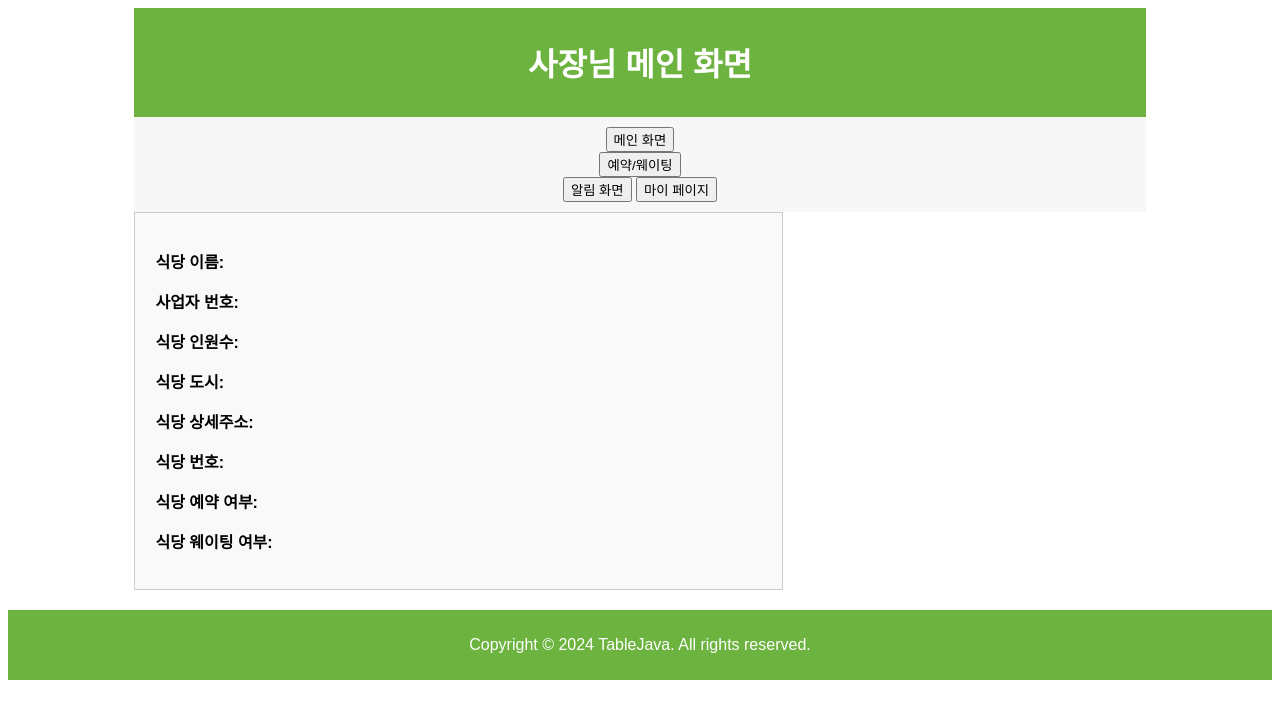
Repository: MeGuuuun/-_TableJava
Page: http://localhost/kimbanbagi/ownerMain.jsp
An editor plug-in stored every save of this project. The page is shown before and after the next save, followed by the edit.
The browser window is 1280 px wide. The pictures show the whole page.
The page is served by Tomcat 10. Other server files are loaded and not shown. The template is opened directly, without the code that normally fills it, so the values that code supplies are empty.

Above is the page before, as saved 2024-06-07 01:43:21.

### tableJava/kimbanbagi/WebContent/ownerMain.jsp
<%@ page contentType="text/html; charset=UTF-8" pageEncoding="utf-8" language="java" %>
<%@ page import="dc.human.kimbanbagi.tableJava.dto.RestaurantDTO" %>
<%@ taglib prefix="c" uri="http://java.sun.com/jsp/jstl/core" %>
<!DOCTYPE html>
<html>
<head>
    <meta charset="UTF-8">
    <title>Restaurant Information</title>
    <style>
        body {
            font-family: Arial, sans-serif;
        }
        .container {
            width: 80%;
            margin: auto;
        }
        .header, .nav, .main, .footer {
            padding: 10px;
        }
        .header {
            background: #6DB33F;
            color: white;
            text-align: center;
        }
        .nav {
            background: #F7F7F7;
            text-align: center;
        }
        .nav a {
            margin: 0 15px;
            text-decoration: none;
            color: #333;
        }
        .main {
            display: flex;
            justify-content: space-around;
            margin-top: 20px;
        }
        .main img {
            max-width: 300px;
        }
        .info {
            border: 1px solid #ccc;
            padding: 20px;
            background: #F9F9F9;
            width: 60%;
        }
        .footer {
            background: #6DB33F;
            color: white;
            text-align: center;
            margin-top: 20px;
        }
        .edit-btn {
            display: inline-block;
            padding: 10px 20px;
            background: #6DB33F;
            color: white;
            text-decoration: none;
            border-radius: 5px;
        }
    </style>
</head>
<body>

    <div class="container">
        <div class="header">
            <h1>사장님 메인 화면</h1>

        </div>
        <div class="nav">
            <button onclick="location.reload()">메인 화면</button>
            <form method="POST" action="OwnerBookList">
            	<input type="hidden" name="userId" value="${requestScope.userId }">
            	<input type="hidden" name="restaurantId" value="${requestScope.restaurantId }">
            	<button type="submit" onclick="location.href='ownerBookList.jsp'">예약/웨이팅</button>
            </form>
            <button onclick="location.href='notification.jsp'">알림 화면</button>
            <button onclick="location.href='myPage.jsp'">마이 페이지</button>
        </div>
            <div class="info">
                <p><strong>식당 이름:</strong> ${restaurant.r_name}</p>
                <p><strong>사업자 번호:</strong> ${requestScope.restaurantId}</p>
                <p><strong>식당 인원수:</strong> ${restaurant.r_head}</p>
                <p><strong>식당 도시:</strong> ${restaurant.r_city}</p>
                <p><strong>식당 상세주소:</strong> ${restaurant.r_address}</p>
                <p><strong>식당 번호:</strong> ${restaurant.r_number}</p>
                <p><strong>식당 예약 여부:</strong> ${restaurant.r_status}</p>
                <p><strong>식당 웨이팅 여부:</strong> ${restaurant.w_status}</p>
            </div>
        </div>
        <div class="footer">
            <p>Copyright © 2024 TableJava. All rights reserved.</p>
        </div>
    </div>
</body>
</html>

After the next save:
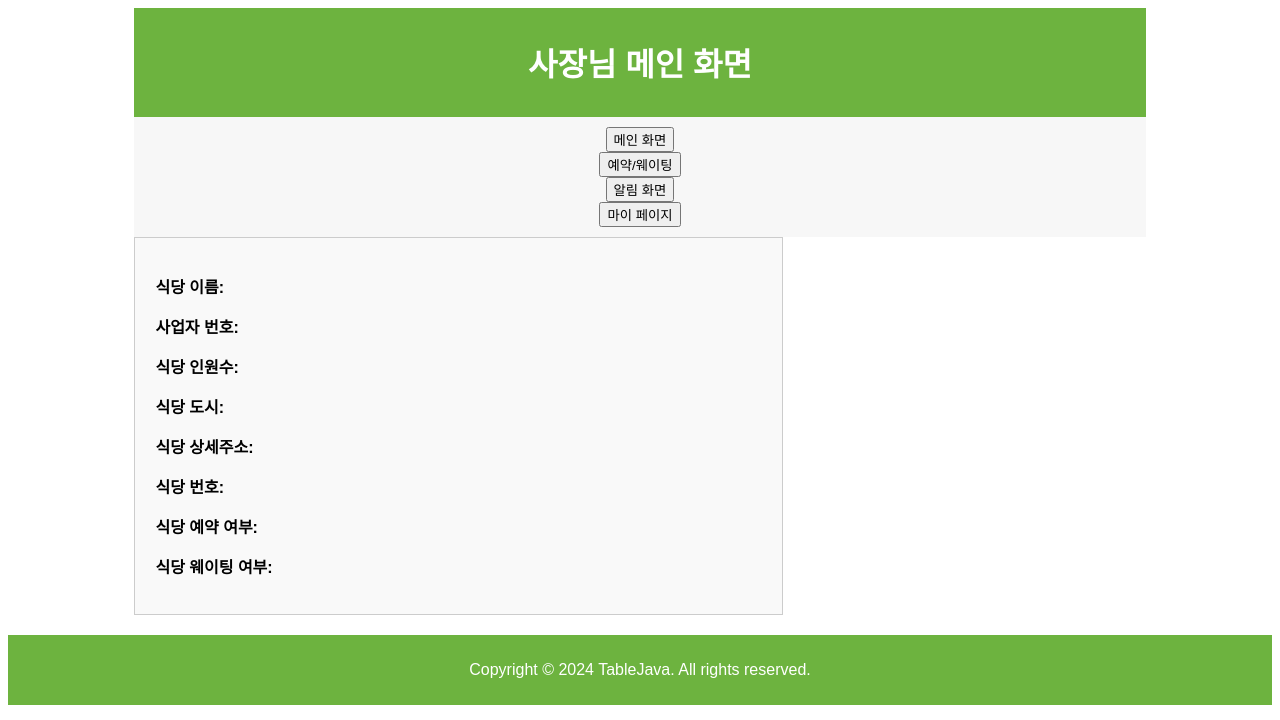
Saved 69 s later.
--- a/tableJava/kimbanbagi/WebContent/ownerMain.jsp
+++ b/tableJava/kimbanbagi/WebContent/ownerMain.jsp
@@ -76,7 +76,10 @@
             	<button type="submit" onclick="location.href='ownerBookList.jsp'">예약/웨이팅</button>
             </form>
             <button onclick="location.href='notification.jsp'">알림 화면</button>
-            <button onclick="location.href='myPage.jsp'">마이 페이지</button>
+            <form method="POST" action="ownerMain">
+            	<input type="hidden" name="userId" value="${requestScope.userId }">
+            	<button onclick="location.href='myPage.jsp'">마이 페이지</button>
+            </form>
         </div>
             <div class="info">
                 <p><strong>식당 이름:</strong> ${restaurant.r_name}</p>
